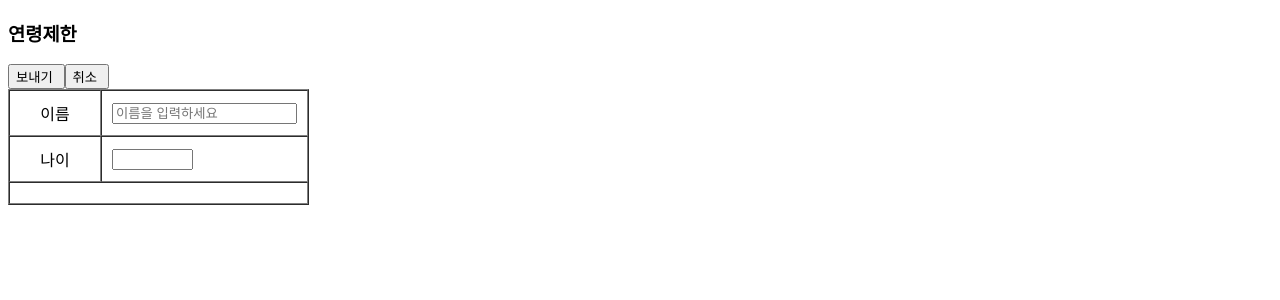
Repository: jihyunah/Java_EE
Page: workspace/testServlet/src/main/webapp/param.html
These files come from the project's save history. The page is drawn as it stood at one moment and after the next save; the edit follows.
The browser window is 1280 px wide. The pictures show the whole page.

Above is the page before, as saved 2023-02-22 06:30:50.

### workspace/testServlet/src/main/webapp/param.html
<!DOCTYPE html>
<html>
<head>
<meta charset="UTF-8">
<title>Insert title here</title>
</head>
<body>
<form name="" method="post" action="https://www.naver.com">
	<h3>연령제한</h3>

<table border="1" cellpadding="10" cellspacing="0">
	<tr>
		<td width="70" align="center">이름 </td>
		<td><input type="text" name="name" placeholder="이름을 입력하세요 "></td>
	</tr>

	<tr>
		<td align="center">나이 </td>
		<td><input type="text" name="age" size="7" maxlength="3"></td>
	</tr>

	<tr>
		<td colspan="2" align="center"></td>
			<input type="submit" value="보내기 ">
			<input type="reset" value="취소 ">
	</tr>

	</table>
</form>
</body>
</html>

After the next save:
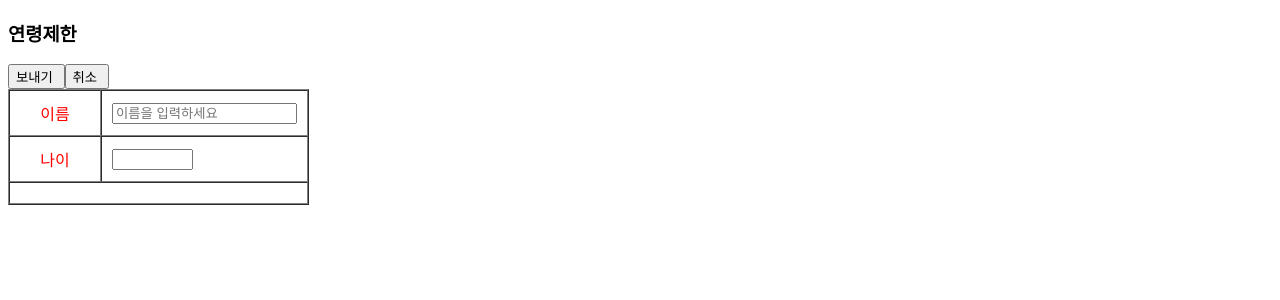
Saved 79 s later.
--- a/workspace/testServlet/src/main/webapp/param.html
+++ b/workspace/testServlet/src/main/webapp/param.html
@@ -3,6 +3,12 @@
 <head>
 <meta charset="UTF-8">
 <title>Insert title here</title>
+<style type="text/css">
+td {
+	color: red;
+}
+
+</style>
 </head>
 <body>
 <form name="" method="post" action="https://www.naver.com">
